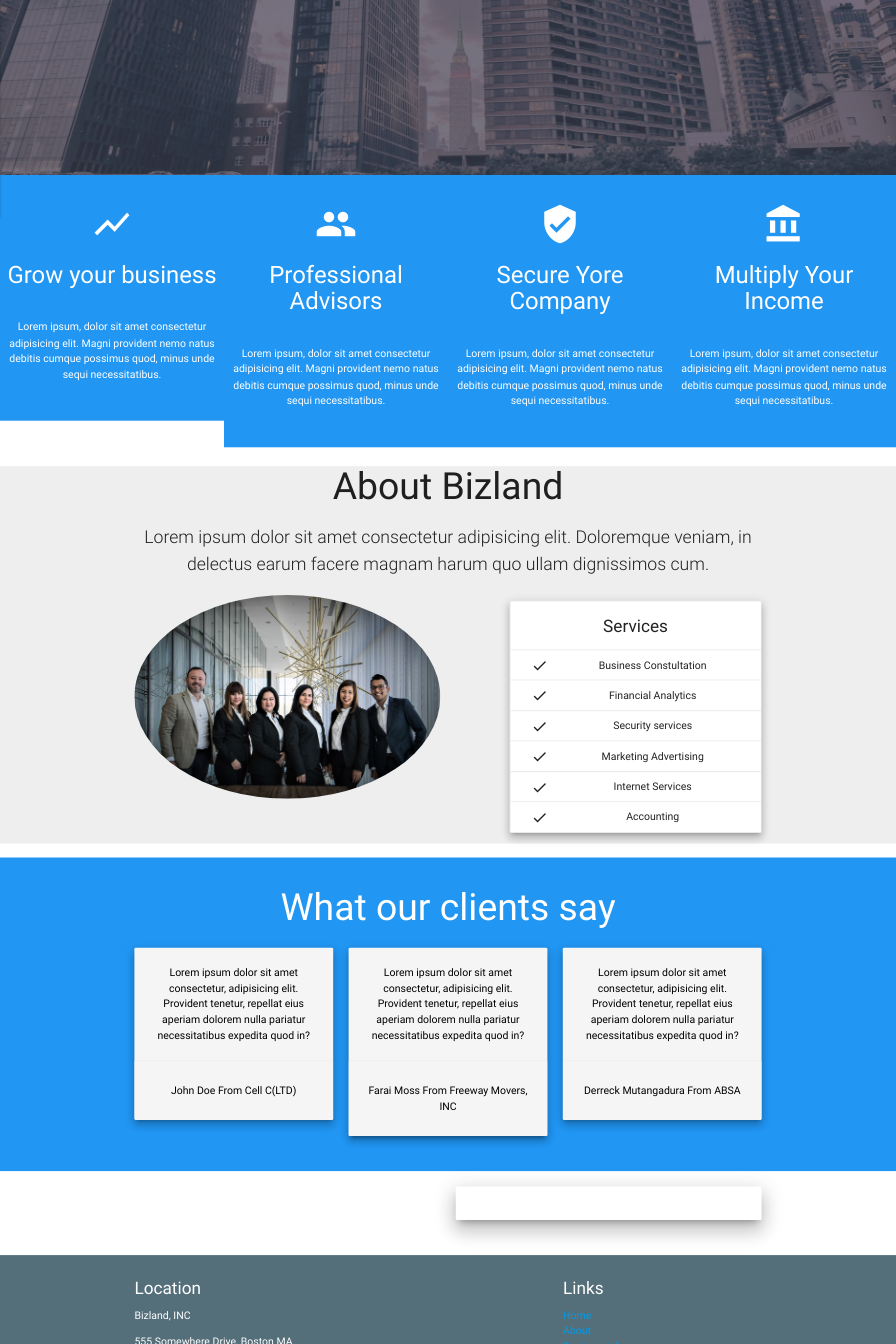
Repository: farrdy/bizland
Page: index.html
The author's editor kept a copy of each file at every save. The page is drawn from the files as they stood at one save, then again after the next save.
The browser window is 1280 px wide. The pictures show the part of the page from y = 470 to 2390 px (the page is 2513 px tall before and 2654 px after), at 70% of full size.
Some web libraries are served in a nearby version.

Above is the page before, as saved 2020-01-05 22:36:58.

### index.html
<!DOCTYPE html>
<html>
  <head>
    <!--Import Google Icon Font-->
    <link
      href="https://fonts.googleapis.com/icon?family=Material+Icons"
      rel="stylesheet"
    />
    <!--Import materialize.css-->
    <link
      type="text/css"
      rel="stylesheet"
      href="css/materialize.min.css"
      media="screen,projection"
    />
    <link type="text/css" rel="stylesheet" href="css/main.css" />
    <!--Let browser know website is optimized for mobile-->
    <meta name="viewport" content="width=device-width, initial-scale=1.0" />
    <title>Bizland Theme</title>
  </head>

  <body id="home" class="scrollspy">
    <header class="main-header">
      <div class="primary-overlay">
        <div class="navbar-fixed">
          <nav class="transparent">
            <div class="container">
              <div class="nav-wrapper">
                <a href="#home" class="brand-logo">Bizland</a>
                <a href="#" class="button-collapse" data-activates="mobile-nav">
                  <i class="material-icons">menu</i>
                </a>
                <ul class=" right hide-on-med-and-down">
                  <li>
                    <a href="#home">Home</a>
                  </li>
                  <li>
                    <a href="#about">About</a>
                  </li>
                  <li>
                    <a href="#testimonials">Testimonials</a>
                  </li>
                  <li>
                    <a href="#contact">Contact</a>
                  </li>
                  <li>
                    <a href="#" class="btn blue">Download</a>
                  </li>
                </ul>
              </div>
            </div>
          </nav>
        </div>
        <ul class="side-nav" id="mobile-nav">
          <h4 class="blue-grey darken-3  center">
            Bizland
          </h4>
          <li>
            <a href="#" class="devider"></a>
          </li>
          <li>
            <a href="#home">Home</a>
          </li>
          <li>
            <a href="#about">About</a>
          </li>
          <li>
            <a href="#testimonials">Testimonials</a>
          </li>
          <li>
            <a href="#contact">Contact</a>
          </li>
        </ul>

        <!-- showcase -->
        <div class="showcase container">
          <div class="row">
            <div class="col s12 main-text">
              <h5>You found the ...</h5>
              <h1>Right Place To Start</h1>
              <p class="flow-text">
                To take your business to the next level with our services that
                have taken companies to the fortune 500
              </p>
              <br />
              <a href="" class="btn btn-large white black-text">Learn More</a>
              <a href="#about" class="white-text"
                ><i class="material-icons medium scroll-icon">
                  arrow_drop_down_circle
                </i></a
              >
            </div>
          </div>
        </div>
      </div>
    </header>
    <section class="section-boxes center">
      <div class="row">
        <div class="col s12 m6 l3 blue white-text box">
          <i class="material-icons medium">show_chart</i>
          <h4>Grow your business</h4>
          <p>
            Lorem ipsum, dolor sit amet consectetur adipisicing elit. Magni
            provident nemo natus debitis cumque possimus quod, minus unde sequi
            necessitatibus.
          </p>
        </div>
        <div class="col s12 m6 l3 blue white-text box">
          <i class="material-icons medium">people</i>
          <h4>Professional Advisors</h4>
          <p>
            Lorem ipsum, dolor sit amet consectetur adipisicing elit. Magni
            provident nemo natus debitis cumque possimus quod, minus unde sequi
            necessitatibus.
          </p>
        </div>
        <div class="col s12 m6 l3 blue white-text box">
          <i class="material-icons medium">verified_user</i>
          <h4>Secure Yore Company</h4>
          <p>
            Lorem ipsum, dolor sit amet consectetur adipisicing elit. Magni
            provident nemo natus debitis cumque possimus quod, minus unde sequi
            necessitatibus.
          </p>
        </div>
        <div class="col s12 m6 l3 blue white-text box">
          <i class="material-icons medium">account_balance</i>
          <h4>Multiply Your Income</h4>
          <p>
            Lorem ipsum, dolor sit amet consectetur adipisicing elit. Magni
            provident nemo natus debitis cumque possimus quod, minus unde sequi
            necessitatibus.
          </p>
        </div>
      </div>
    </section>
    <!-- Section: About -->

    <section id="about" class="section-about grey lighten-3 center scrollspy">
      <div class="container">
        <h2>About Bizland</h2>
        <p class="flow-text">
          Lorem ipsum dolor sit amet consectetur adipisicing elit. Doloremque
          veniam, in delectus earum facere magnam harum quo ullam dignissimos
          cum.
        </p>
        <div class="row">
          <div class="col s12 m6">
            <img src="img/people.jpg" alt="" class="responsive-img circle" />
          </div>
          <div class="col s12 m5 offset-m1">
            <ul class="collection with-header z-depth-4">
              <li class="collection-header">
                <h5>Services</h5>
              </li>
              <li class="collection-item">
                <i class="material-icons left">check</i>
                Business Constultation
              </li>
              <li class="collection-item">
                <i class="material-icons left">check</i>
                Financial Analytics
              </li>
              <li class="collection-item">
                <i class="material-icons left">check</i>
                Security services
              </li>
              <li class="collection-item">
                <i class="material-icons left">check</i>
                Marketing Advertising
              </li>
              <li class="collection-item">
                <i class="material-icons left">check</i>
                Internet Services
              </li>
              <li class="collection-item">
                <i class="material-icons left">check</i>
                Accounting
              </li>
            </ul>
          </div>
        </div>
      </div>
    </section>
    <!-- Section Testimonials -->
    <section
      id="testimonials"
      class="section section-testimonials blue white-text center scrollspy"
    >
      <div class="container">
        <h2>What our clients say</h2>
        <div class="row">
          <div class="col s12 m4">
            <div class="card grey lighten-4 black-text z-depth-4">
              <div class="card-content">
                <p>
                  Lorem ipsum dolor sit amet consectetur, adipisicing elit.
                  Provident tenetur, repellat eius aperiam dolorem nulla
                  pariatur necessitatibus expedita quod in?
                </p>
              </div>
              <div class="card-action">
                <p>John Doe From Cell C(LTD)</p>
              </div>
            </div>
          </div>
          <div class="col s12 m4">
            <div class="card grey lighten-4 black-text z-depth-4">
              <div class="card-content">
                <p>
                  Lorem ipsum dolor sit amet consectetur, adipisicing elit.
                  Provident tenetur, repellat eius aperiam dolorem nulla
                  pariatur necessitatibus expedita quod in?
                </p>
              </div>
              <div class="card-action">
                <p>Farai Moss From Freeway Movers, INC</p>
              </div>
            </div>
          </div>
          <div class="col s12 m4">
            <div class="card grey lighten-4 black-text z-depth-4">
              <div class="card-content">
                <p>
                  Lorem ipsum dolor sit amet consectetur, adipisicing elit.
                  Provident tenetur, repellat eius aperiam dolorem nulla
                  pariatur necessitatibus expedita quod in?
                </p>
              </div>
              <div class="card-action">
                <p>Derreck Mutangadura From ABSA</p>
              </div>
            </div>
          </div>
        </div>
      </div>
    </section>

    <!-- section :Contact -->

    <section class="section section-contact center scrollspy">
      <div id="googlemap"></div>
      <div class="container">
        <div class="row">
          <div class="col s12 m6 offset-m6">
            <div class="card-panel z-depth-5"></div>
          </div>
        </div>
      </div>
    </section>
    <!-- FOOTER: SECTION -->

    <footer class="page-footer blue-grey darken-1">
      <div class="container">
        <div class="row">
          <div class="col l6 s12">
            <h5>Location</h5>
            <p>Bizland, INC</p>
            <p>555 Somewhere Drive, Boston MA</p>
          </div>
          <div class="col l4 offset-l2 s12">
            <h5 class="white-text">Links</h5>
            <ul>
              <li>
                <a href="#home">Home</a>
              </li>
              <li>
                <a href="#about">About</a>
              </li>
              <li>
                <a href="#testimonials">Testimonials</a>
              </li>
              <li>
                <a href="#contact">Contact</a>
              </li>
            </ul>
          </div>
        </div>
      </div>
      <div class="footer-copyright blue-grey darken-4">
        <div class="container">
          Bizland Theme © 2020 Copyright
          <a class="grey-text text-lighten-4 right" href="#!"
            ><i class="material-icons left">keyboard</i></a
          >
        </div>
      </div>
    </footer>

    <!--Import jQuery before materialize.js-->
    <script
      type="text/javascript"
      src="https://code.jquery.com/jquery-3.2.1.min.js"
    ></script>
    <script type="text/javascript" src="js/materialize.min.js"></script>
    <script>
      $(document).ready(function() {
        $(".button-collapse").sideNav();

        $(".scrollspy").scrollSpy();

        //scrollfire
        const options = [
          {
            selector: ".main-text",
            offset: 0,
            callback: function(el) {
              Materialize.fadeInImage($(el));
            }
          }
        ];

        Materialize.scrollFire(options);
      });
    </script>
  </body>
</html>

### css/main.css
.primary-overlay {
  background: rgba(63, 57, 77, 0.7);
  position: absolute;
  top: 0;
  left: 0;
  width: 100%;
  height: 100%;
  overflow: hidden;
}

.main-header {
  background: url(../img/showcase.jpg);
  background-size: cover;
  background-position: center;
  height: 100vh;
  min-height: 600px;
  color: #fff;
  position: relative;
}

.main-hedare .showcase {
  padding-top: 110px;
}

.scroll-icon {
  position: absolute;
  bottom: 5%;
  left: 47%;
  opacity: 0.5%;
}

.box {
  padding: 40px 10px !important;
}

.box h4 {
  padding-bottom: 30px;
}

.section-boxes .row {
  margin-bottom: 0 !important;
}

@media (max-width: 600px) {
  .main-header {
    height: 50vh;
  }
}

Loaded but not shown: css/materialize.min.css (library); js/materialize.min.js (library)

After the next save:
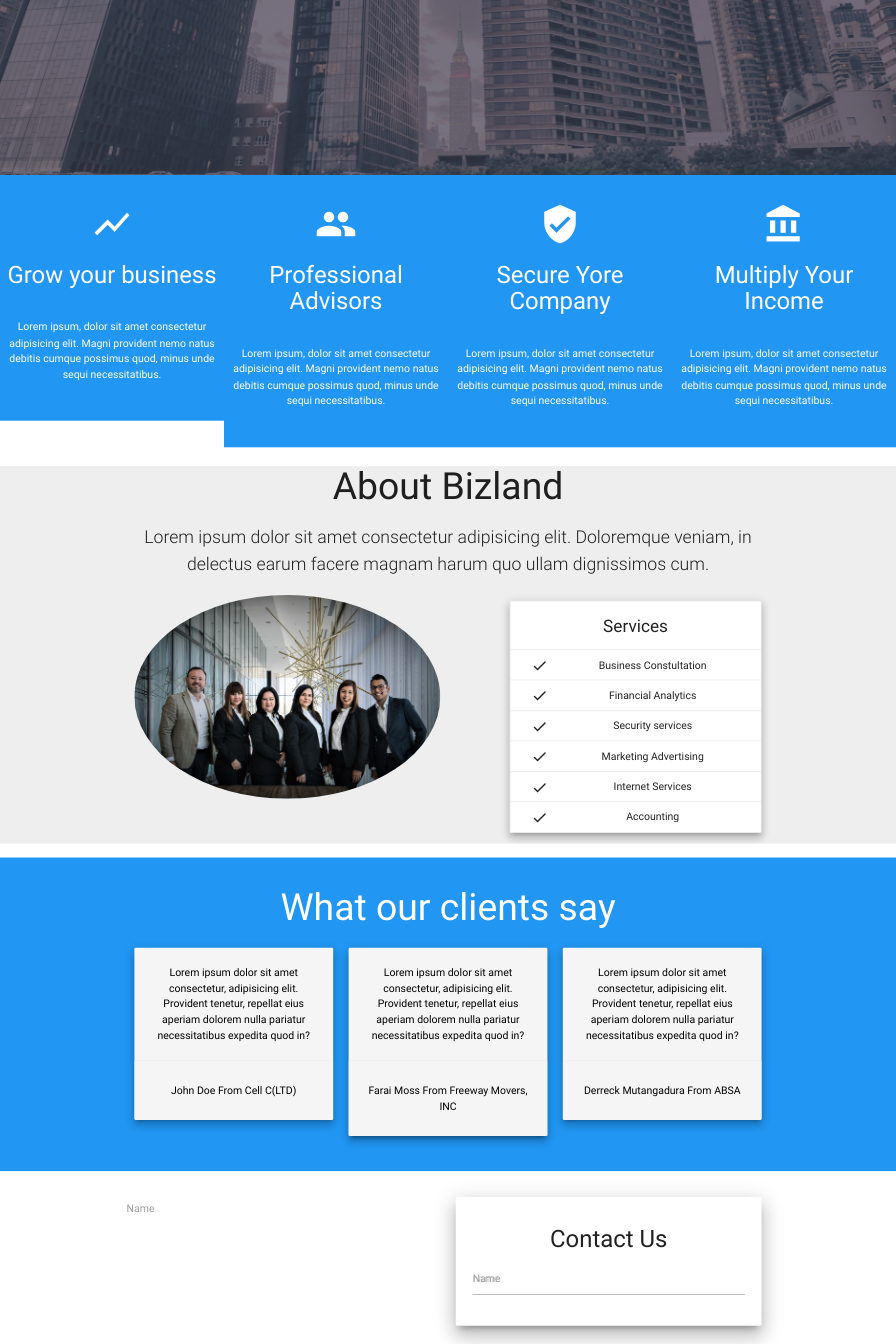
Saved 3 min 54 s later.
--- a/index.html
+++ b/index.html
@@ -243,7 +243,30 @@
       <div class="container">
         <div class="row">
           <div class="col s12 m6 offset-m6">
-            <div class="card-panel z-depth-5"></div>
+            <div class="card-panel z-depth-5">
+              <h4>Contact Us</h4>
+              <div class="input-field">
+                <input type="text" id="name" placeholder="name">
+                <label for="name">Name</label>
+                </div>
+              </div>
+              <div class="input-field">
+                <input type="email" id="email" placeholder="email">
+                <label for="name">Email</label>
+                </div>
+              </div>
+              <div class="input-field">
+                <input type="text" id="phone" placeholder="phone number">
+                <label for="phone">Name</label>
+                </div>
+              </div>
+              <div class="input-field">
+                <textarea class="materialize-textarea" id="message" placeholder="message">
+                <label for="message">Message</label>
+                </div>
+              </div>
+
+            </div>
           </div>
         </div>
       </div>
